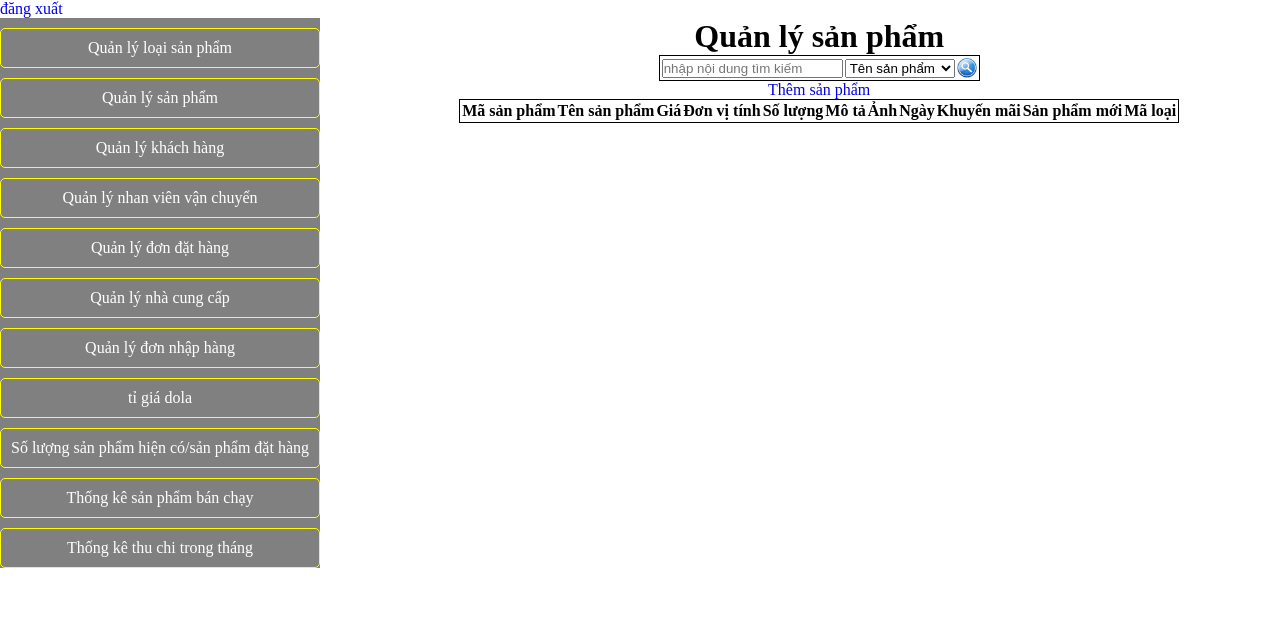
Repository: tranminhtam92/web
Page: http://localhost/demoview/Adminproduct?key=view
These files come from the project's save history. The page is drawn as it stood at one moment and after the next save; the edit follows.
The browser window is 1280 px wide. The pictures show the whole page.
The page is served by Tomcat 9. Other server files are loaded and not shown. Queries for data that is not in the repository find no rows.

Above is the page before, as saved 2016-12-27 07:08:33.

### Code/demoview/WebContent/admin/Manager_product.jsp
<%@ page language="java" contentType="text/html; charset=UTF-8"
    pageEncoding="UTF-8"%>
      <%@ taglib uri="http://java.sun.com/jsp/jstl/core" prefix="c"%>
          <%@ taglib prefix="fmt" uri="http://java.sun.com/jsp/jstl/fmt" %>
<!DOCTYPE html PUBLIC "-//W3C//DTD HTML 4.01 Transitional//EN" "http://www.w3.org/TR/html4/loose.dtd">
<html>
<head>
<meta http-equiv="Content-Type" content="text/html; charset=UTF-8">
<link href="${pageContext.request.contextPath}/admin/Adminstyle.css" rel="stylesheet" type="text/css">
<title>Quản lý sản phẩm</title>
</head>
<body>
<div class="wrapper">
<jsp:include page="headeradmin.jsp"></jsp:include>
<div class="content">
<div class="left">
<jsp:include page="menu.jsp"></jsp:include>
</div>
<div class="right">

<h1>Quản lý sản phẩm</h1>
<form action="${pageContext.request.contextPath}/Adminproduct" action="post">
<table>
<tr>
<td><input type="text" name="information" placeholder="nhập nội dung tìm kiếm"></td>
<td><select name="searchtype">
		<option value="productcode" >Mã sản phẩm</option>
		<option value="productname" selected="selected">Tên sản phẩm</option>
		<option value="producttype">Loại sản phẩm</option>
		</select>

</td>
<td><input type="image" src="${pageContext.request.contextPath}/hinhanh/find.png" alt="submit" name="key" value="search" width="20px" height="20px"></td>
</tr>
</table>
</form>
<div class="add"><a href="${pageContext.request.contextPath}/AdminForward_edit?key=add_product">Thêm sản phẩm</a>
</div>
<div class="table">
<table>
<tr>
<th> Mã sản phẩm</th>
<th> Tên sản phẩm</th>
<th> Giá</th>
<th> Đơn vị tính</th>
<th> Số lượng</th>
<th> Mô tả</th>
<th> Ảnh</th>
<th> Ngày</th>
<th> Khuyến mãi</th>
<th> Sản phẩm mới</th>
<th> Mã loại</th>
</tr>
<c:forEach items="${list_product}" var="product">
<tr>
<td>${product.masp}</td>
<td>${product.tensp}</td>
<td>${product.gia}</td>
<td>${product.donvitinh}</td>
<td>${product.soluong}</td>
<td>${product.mota}</td>
<td><img src="${pageContext.request.contextPath}/hinhanh/${product.anh}" class="imgsmall"></td>
<td> <fmt:formatDate pattern="dd/MM/yyyy"  value="${product.ngay}" /></td>
<td>${product.khuyenmai}</td>
<td>${product.sanphammoi}</td>
<td>${product.maloai}</td>
<td><a href="${pageContext.request.contextPath}/AdminForward_edit?key=edit_product&productcode=${product.masp}">sửa</a></td>
<td><a href="${pageContext.request.contextPath}/AdminProduct?key=delete&producttypecode=${product.masp}">xóa</a></td>
</tr>
</c:forEach>
</table>
</div>
</div>
</div>
</div>
</body>
</html>

### Code/demoview/WebContent/admin/headeradmin.jsp
<%@ page language="java" contentType="text/html; charset=UTF-8"
    pageEncoding="UTF-8"%>

         <%@ taglib uri="http://java.sun.com/jsp/jstl/core" prefix="c"%>
<!DOCTYPE html PUBLIC "-//W3C//DTD HTML 4.01 Transitional//EN" "http://www.w3.org/TR/html4/loose.dtd">
<html>
<head>
    <meta http-equiv="Content-Type" content="text/html; charset=UTF-8">
<title>Insert title here</title>
</head>
<body>
<div class="nav">
			<div id="menu">
				<ul>

				</ul>
			</div>
			<div id="account">


				<ul>
				<li>${sesionScope.name}
				<ul>
				<li><a href="#">đăng xuất</a>
				</ul>
				</li>


				</ul>


			</div>

		</div>
</body>
</html>

### Code/demoview/WebContent/admin/menu.jsp
<%@ page language="java" contentType="text/html; charset=UTF-8"
    pageEncoding="UTF-8"%>
      <%@ taglib uri="http://java.sun.com/jsp/jstl/core" prefix="c"%>
          <%@ taglib prefix="fmt" uri="http://java.sun.com/jsp/jstl/fmt" %>
<!DOCTYPE html PUBLIC "-//W3C//DTD HTML 4.01 Transitional//EN" "http://www.w3.org/TR/html4/loose.dtd">
<html>
<head>
<meta http-equiv="Content-Type" content="text/html; charset=UTF-8">
<link href="${pageContext.request.contextPath}/admin/Adminstyle.css" rel="stylesheet" type="text/css">
<title>Quản lý sản phẩm</title>
</head>
<body>
<ul>
<li><a href="${pageContext.request.contextPath}/AdminProducttype?key=view"> Quản lý loại sản phẩm</a>
<li><a href="${pageContext.request.contextPath}/Adminproduct?key=view"> Quản lý sản phẩm</a>
<li><a href="${pageContext.request.contextPath}/Admincustomer?key=view"> Quản lý khách hàng</a>
<li><a href="${pageContext.request.contextPath}/Adminemployee?key=view"> Quản lý nhan viên vận chuyển</a>
<li><a href="${pageContext.request.contextPath}/Adminorder?key=view"> Quản lý đơn đặt hàng</a>
<li><a href="${pageContext.request.contextPath}/Adminmanufactor?key=view"> Quản lý nhà cung cấp</a>
<li><a href="${pageContext.request.contextPath}/Adminimportproduct?key=view"> Quản lý đơn nhập hàng</a>
<li><a href="${pageContext.request.contextPath}/Tygiado?key=view"> tỉ giá dola</a>
<c:if test="${sessionScope.role!=null}">
<c:if test="${sessionScope.role=='quantri'}">
<li><a href="${pageContext.request.contextPath}/Adminnhanvienduyetdon?key=view"> Quản lý nhân viên</a>
</c:if>
</c:if>
<li><a href="${pageContext.request.contextPath}/Reportproduct"> Số lượng sản phẩm hiện có/sản phẩm đặt hàng</a>
<li><a href="${pageContext.request.contextPath}/Reportsellingproducts?key=view"> Thống kê sản phẩm bán chạy</a>
<li><a href="${pageContext.request.contextPath}/Report_revenues_and_expenditures"> Thống kê thu chi trong tháng</a>
</ul>
</body>

### Code/demoview/src/Admincontroller/Adminproduct.java
package Admincontroller;

import java.io.File;
import java.io.IOException;
import java.io.PrintWriter;
import java.util.ArrayList;

import javax.servlet.RequestDispatcher;
import javax.servlet.ServletException;
import javax.servlet.annotation.WebServlet;
import javax.servlet.http.HttpServlet;
import javax.servlet.http.HttpServletRequest;
import javax.servlet.http.HttpServletResponse;
import javax.servlet.http.HttpSession;

import org.apache.commons.fileupload.FileItem;
import org.apache.commons.fileupload.FileItemFactory;
import org.apache.commons.fileupload.FileUploadException;
import org.apache.commons.fileupload.disk.DiskFileItemFactory;
import org.apache.commons.fileupload.servlet.ServletFileUpload;

import ConnectDB.ConnectDB;
import Model.Sanpham;
import Model.SanphamDAO;

/**
 * Servlet implementation class Adminproduct
 */
@WebServlet(urlPatterns={"/Adminproduct"})
public class Adminproduct extends HttpServlet {
	private static final long serialVersionUID = 1L;

    /**
     * @see HttpServlet#HttpServlet()
     */
    public Adminproduct() {
        super();
        // TODO Auto-generated constructor stub
    }

	/**
	 * @see HttpServlet#doGet(HttpServletRequest request, HttpServletResponse response)
	 */
	protected void doGet(HttpServletRequest request, HttpServletResponse response) throws ServletException, IOException {
		// TODO Auto-generated method stub
		//response.getWriter().append("Served at: ").append(request.getContextPath());
		doPost(request, response);
	}

	/**
	 * @see HttpServlet#doPost(HttpServletRequest request, HttpServletResponse response)
	 */
	protected void doPost(HttpServletRequest request, HttpServletResponse response) throws ServletException, IOException {
		// TODO Auto-generated method stub
		 request.setCharacterEncoding("UTF-8");
		    response.setCharacterEncoding("UTF-8");
		    response.setContentType("text/html; charset=UTF-8");
		HttpSession session=request.getSession();
		String username=(String)session.getAttribute("adminusername");
		String password=(String)session.getAttribute("adminpassword");
		RequestDispatcher dispatcher;
		if(ConnectDB.getconnectDB(username, password)){
			ArrayList<Sanpham>listproduct=new ArrayList<>();
			SanphamDAO spDAO=new SanphamDAO();
			String key=request.getParameter("key");
			switch (key) {
			case "search":
				String information =request.getParameter("information");
				String searchtype=request.getParameter("searchtype");
				switch (searchtype) {
				case "productname":
					listproduct=spDAO.searchproduct(information);
					break;
				case "productcode":
					listproduct=spDAO.searchproductcode(information);
					break;
				case "producttype":
					listproduct=spDAO.searchproducttype(information);
					break;

				}
				request.setAttribute("list_product", listproduct);
				dispatcher = request.getServletContext()
		                 .getRequestDispatcher("/admin/Manager_product.jsp");
		         dispatcher.forward(request, response);
				break;

			default:
				listproduct=spDAO.searchproduct("");
				request.setAttribute("list_product", listproduct);
				dispatcher = request.getServletContext()
		                 .getRequestDispatcher("/admin/Manager_product.jsp");
		         dispatcher.forward(request, response);
				break;
			}
		}

	}

}

### Code/demoview/src/ConnectDB/ConnectDB.java
/**
 *
 */
/**
 * @author tao
 *
 */
package ConnectDB;

import java.sql.Connection;
import java.sql.DriverManager;
import java.sql.ResultSet;
import java.sql.SQLException;

public class ConnectDB{

	public static Connection connection;
	public static Connection getconnectDB(){
		try {
			Class.forName("com.microsoft.sqlserver.jdbc.SQLServerDriver");
		} catch (ClassNotFoundException e) {
			// TODO Auto-generated catch block
			System.out.println("loiconnect succesful");
			e.printStackTrace();
		}

		// Hoặc
		String url = "jdbc:sqlserver://localhost:1433;databaseName=haisan;user=sa;password=vothitam";
		String user = "sa";
		String pass = "vothitam";
		try {
			Connection connection = DriverManager.getConnection(url);
			return connection;
		} catch (SQLException e) {
			// TODO Auto-generated catch block
			e.printStackTrace();
			return null;
		}
	}
	public static boolean getconnectDB(String username,String password){
		try {
			Class.forName("com.microsoft.sqlserver.jdbc.SQLServerDriver");
		} catch (ClassNotFoundException e) {
			// TODO Auto-generated catch block
			System.out.println("loiconnect succesful");
			e.printStackTrace();
		}

		// Hoặc
		String url = "jdbc:sqlserver://localhost:1433;databaseName=haisan;user="+username+";password="+password;
		try {
			connection = DriverManager.getConnection(url);
			return true;
		} catch (SQLException e) {
			// TODO Auto-generated catch block
			return false;
		}
	}
}

### Code/demoview/src/Model/SanphamDAO.java
package Model;

import java.sql.Connection;
import java.sql.PreparedStatement;
import java.sql.ResultSet;
import java.sql.SQLException;
import java.text.SimpleDateFormat;
import java.util.ArrayList;
import java.util.Date;

import ConnectDB.ConnectDB;

public class SanphamDAO {
	String strDateFormat = "dd/MM/yyyy";

	SimpleDateFormat simpleDateFormat = new SimpleDateFormat(strDateFormat);

	public ArrayList<Sanpham> get4sanphamtheoloai(String maloai) {
		ArrayList<Sanpham> listsp = new ArrayList<>();
		Connection cn = ConnectDB.getconnectDB();
		String sql = "select top 4 * from sanpham where maloai='" + maloai + "' order by ngay desc";
		try {
			PreparedStatement stm = cn.prepareCall(sql);
			ResultSet rs = stm.executeQuery();
			while (rs.next()) {
				Sanpham sp = new Sanpham();
				sp.setMasp(rs.getString("masp"));
				sp.setTensp(rs.getString("tensp"));
				sp.setGia(rs.getInt("gia"));
				sp.setDonvitinh(rs.getString("donvitinh"));
				sp.setSoluong(rs.getInt("soluong"));
				sp.setMota(rs.getString("mota"));
				sp.setAnh(rs.getString("anh"));
				sp.setNgay(rs.getDate("ngay"));
				sp.setMaloai(rs.getString("maloai"));
				sp.setKhuyenmai(rs.getInt("khuyenmai"));
				sp.setSanphammoi(rs.getBoolean("sanphammoi"));
				listsp.add(sp);
			}
		} catch (SQLException e) {
			// TODO Auto-generated catch block
			e.printStackTrace();
		}
		try {
			cn.close();
		} catch (SQLException e) {
			// TODO Auto-generated catch block
			e.printStackTrace();
		}
		return listsp;
	}
	public ArrayList<Sanpham> get4sanphambanchay() {
		ArrayList<Sanpham> listsp = new ArrayList<>();
		Connection cn = ConnectDB.getconnectDB();
		String sql = "execute sanphambanchay";
		try {
			PreparedStatement stm = cn.prepareCall(sql);
			ResultSet rs = stm.executeQuery();
			while (rs.next()) {
				Sanpham sp = new Sanpham();
				sp.setMasp(rs.getString("masp"));
				sp.setTensp(rs.getString("tensp"));
				sp.setGia(rs.getInt("gia"));
				sp.setDonvitinh(rs.getString("donvitinh"));
				sp.setSoluong(rs.getInt("soluong"));
				sp.setMota(rs.getString("mota"));
				sp.setAnh(rs.getString("anh"));
				sp.setNgay(rs.getDate("ngay"));
				sp.setMaloai(rs.getString("maloai"));
				sp.setKhuyenmai(rs.getInt("khuyenmai"));
				sp.setSanphammoi(rs.getBoolean("sanphammoi"));
				listsp.add(sp);
			}
		} catch (SQLException e) {
			// TODO Auto-generated catch block
			e.printStackTrace();
		}
		try {
			cn.close();
		} catch (SQLException e) {
			// TODO Auto-generated catch block
			e.printStackTrace();
		}
		return listsp;
	}
	public ArrayList<Sanpham> getsanphambanchaytheothang(String ngay) {
		ArrayList<Sanpham> listsp = new ArrayList<>();
		Connection cn = ConnectDB.getconnectDB();
		String sql = "execute sanphambanchaytheothang ?";
		try {
			PreparedStatement stm = cn.prepareCall(sql);
			stm.setString(1, ngay);
			ResultSet rs = stm.executeQuery();
			while (rs.next()) {
				Sanpham sp = new Sanpham();
				sp.setMasp(rs.getString("masp"));
				sp.setTensp(rs.getString("tensp"));
				sp.setGia(rs.getInt("gia"));
				sp.setDonvitinh(rs.getString("donvitinh"));
				sp.setSoluong(rs.getInt("sumsoluong"));
				sp.setMota(rs.getString("mota"));
				sp.setAnh(rs.getString("anh"));
				sp.setNgay(rs.getDate("ngay"));
				sp.setMaloai(rs.getString("maloai"));
				sp.setKhuyenmai(rs.getInt("khuyenmai"));
				sp.setSanphammoi(rs.getBoolean("sanphammoi"));
				listsp.add(sp);
			}
		} catch (SQLException e) {
			// TODO Auto-generated catch block
			e.printStackTrace();
		}
		try {
			cn.close();
		} catch (SQLException e) {
			// TODO Auto-generated catch block
			e.printStackTrace();
		}
		return listsp;
	}
	public ArrayList<Sanpham> getsanphamtheoloai(String maloai) {
		ArrayList<Sanpham> listsp = new ArrayList<>();
		Connection cn = ConnectDB.getconnectDB();
		String sql = "select * from sanpham where maloai='" + maloai + "' order by ngay desc";
		try {
			PreparedStatement stm = cn.prepareCall(sql);
			ResultSet rs = stm.executeQuery();
			while (rs.next()) {
				Sanpham sp = new Sanpham();
				sp.setMasp(rs.getString("masp"));
				sp.setTensp(rs.getString("tensp"));
				sp.setGia(rs.getInt("gia"));
				sp.setDonvitinh(rs.getString("donvitinh"));
				sp.setSoluong(rs.getInt("soluong"));
				sp.setMota(rs.getString("mota"));
				sp.setAnh(rs.getString("anh"));
				sp.setNgay(rs.getDate("ngay"));
				sp.setMaloai(rs.getString("maloai"));
				sp.setKhuyenmai(rs.getInt("khuyenmai"));
				sp.setSanphammoi(rs.getBoolean("sanphammoi"));
				listsp.add(sp);
			}
		} catch (SQLException e) {
			// TODO Auto-generated catch block
			e.printStackTrace();
		}
		try {
			cn.close();
		} catch (SQLException e) {
			// TODO Auto-generated catch block
			e.printStackTrace();
		}
		return listsp;
	}

	public Sanpham getsanpham(String masp) {
		Sanpham sp = new Sanpham();
		Connection cn = ConnectDB.getconnectDB();
		String sql = "select * from sanpham where masp='" + masp + "'";
		try {
			PreparedStatement stm = cn.prepareCall(sql);
			ResultSet rs = stm.executeQuery();
			while (rs.next()) {

				sp.setMasp(rs.getString("masp"));
				sp.setTensp(rs.getString("tensp"));
				sp.setGia(rs.getInt("gia"));
				sp.setDonvitinh(rs.getString("donvitinh"));
				sp.setSoluong(rs.getInt("soluong"));
				sp.setMota(rs.getString("mota"));
				sp.setAnh(rs.getString("anh"));
				sp.setNgay(rs.getDate("ngay"));
				sp.setMaloai(rs.getString("maloai"));
				sp.setKhuyenmai(rs.getInt("khuyenmai"));
				sp.setSanphammoi(rs.getBoolean("sanphammoi"));
				return sp;
			}
		} catch (SQLException e) {
			// TODO Auto-generated catch block
			e.printStackTrace();
		}
		try {
			cn.close();
		} catch (SQLException e) {
			// TODO Auto-generated catch block
			e.printStackTrace();
		}
		return sp;
	}

	public ArrayList<Sanpham> searchproduct(String productname) {
		ArrayList<Sanpham> listsp = new ArrayList<>();
		Connection cn = ConnectDB.getconnectDB();
		String sql = "select * from sanpham where tensp like N'%" + productname + "%' order by ngay desc";
		try {
			PreparedStatement stm = cn.prepareStatement(sql);

			ResultSet rs = stm.executeQuery();
			while (rs.next()) {
				Sanpham sp = new Sanpham();
				sp.setMasp(rs.getString("masp"));
				sp.setTensp(rs.getString("tensp"));
				sp.setGia(rs.getInt("gia"));
				sp.setDonvitinh(rs.getString("donvitinh"));
				sp.setSoluong(rs.getInt("soluong"));
				sp.setMota(rs.getString("mota"));
				sp.setAnh(rs.getString("anh"));
				sp.setNgay(rs.getDate("ngay"));
				sp.setMaloai(rs.getString("maloai"));
				sp.setKhuyenmai(rs.getInt("khuyenmai"));
				sp.setSanphammoi(rs.getBoolean("sanphammoi"));
				listsp.add(sp);
			}
		} catch (SQLException e) {
			// TODO Auto-generated catch block
			e.printStackTrace();
		}
		try {
			cn.close();
		} catch (SQLException e) {
			// TODO Auto-generated catch block
			e.printStackTrace();
		}
		return listsp;
	}
	public ArrayList<Sanpham> searchproductcode(String productcode) {
		ArrayList<Sanpham> listsp = new ArrayList<>();
		Connection cn = ConnectDB.getconnectDB();
		String sql = "select * from sanpham where masp like N'%" + productcode + "%' order by ngay desc";
		try {
			PreparedStatement stm = cn.prepareStatement(sql);

			ResultSet rs = stm.executeQuery();
			while (rs.next()) {
				Sanpham sp = new Sanpham();
				sp.setMasp(rs.getString("masp"));
				sp.setTensp(rs.getString("tensp"));
				sp.setGia(rs.getInt("gia"));
				sp.setDonvitinh(rs.getString("donvitinh"));
				sp.setSoluong(rs.getInt("soluong"));
				sp.setMota(rs.getString("mota"));
				sp.setAnh(rs.getString("anh"));
				sp.setNgay(rs.getDate("ngay"));
				sp.setMaloai(rs.getString("maloai"));
				sp.setKhuyenmai(rs.getInt("khuyenmai"));
				sp.setSanphammoi(rs.getBoolean("sanphammoi"));
				listsp.add(sp);
			}
		} catch (SQLException e) {
			// TODO Auto-generated catch block
			e.printStackTrace();
		}
		try {
			cn.close();
		} catch (SQLException e) {
			// TODO Auto-generated catch block
			e.printStackTrace();
		}
		return listsp;
	}
	public ArrayList<Sanpham> searchproducttype(String producttype) {
		ArrayList<Sanpham> listsp = new ArrayList<>();
		Connection cn = ConnectDB.getconnectDB();
		String sql = "select * from sanpham where maloai like N'%" + producttype + "%' order by ngay desc";
		try {
			PreparedStatement stm = cn.prepareStatement(sql);

			ResultSet rs = stm.executeQuery();
			while (rs.next()) {
				Sanpham sp = new Sanpham();
				sp.setMasp(rs.getString("masp"));
				sp.setTensp(rs.getString("tensp"));
				sp.setGia(rs.getInt("gia"));
				sp.setDonvitinh(rs.getString("donvitinh"));
				sp.setSoluong(rs.getInt("soluong"));
				sp.setMota(rs.getString("mota"));
				sp.setAnh(rs.getString("anh"));
				sp.setNgay(rs.getDate("ngay"));
				sp.setMaloai(rs.getString("maloai"));
				sp.setKhuyenmai(rs.getInt("khuyenmai"));
				sp.setSanphammoi(rs.getBoolean("sanphammoi"));
				listsp.add(sp);
			}
		} catch (SQLException e) {
			// TODO Auto-generated catch block
			e.printStackTrace();
		}
		try {
			cn.close();
		} catch (SQLException e) {
			// TODO Auto-generated catch block
			e.printStackTrace();
		}
		return listsp;
	}
	public void updatesanpham(String masp,String tensp,int gia,String donvitinh,int soluong,String mota,String anh,
			String ngay,String maloai,int khuyenmai,boolean sanphammoi){
		Connection cn=ConnectDB.getconnectDB();
		String sql="update sanpham set tensp=?,gia=?,donvitinh=?,soluong=?,mota=?,sanphammoi=?,ngay=?,maloai=?,khuyenmai=?,anh=? where masp=?";
		try {
			PreparedStatement stm=cn.prepareStatement(sql);
			stm.setString(1, tensp);
			stm.setInt(2, gia);
			stm.setString(3, donvitinh);
			stm.setInt(4, soluong);
			stm.setString(5, mota);
			stm.setBoolean(6, sanphammoi);
			stm.setString(7, ngay);
			stm.setString(8, maloai);
			stm.setInt(9, khuyenmai);
			stm.setString(10, anh);
			stm.setString(11, masp);
			int a=stm.executeUpdate();
		} catch (SQLException e) {
			// TODO Auto-generated catch block
			e.printStackTrace();
		}
	}

	public void updatesanpham(String masp,String tensp,int gia,String donvitinh,int soluong,String mota,
			String ngay,String maloai,int khuyenmai,boolean sanphammoi){
		Connection cn=ConnectDB.getconnectDB();
		String sql="update sanpham set tensp=?, gia=?, donvitinh=?, soluong=?, mota=?, sanphammoi=?, ngay=?, maloai=?, khuyenmai=? where masp=?";
		try {
			PreparedStatement stm=cn.prepareStatement(sql);
			stm.setString(1, tensp);
			stm.setInt(2, gia);
			stm.setString(3, donvitinh);
			stm.setInt(4, soluong);
			stm.setString(5, mota);
			stm.setBoolean(6, sanphammoi);
			stm.setString(7, ngay);
			stm.setString(8, maloai);
			stm.setInt(9, khuyenmai);
			stm.setString(10, masp);
			int a=stm.executeUpdate();
		} catch (SQLException e) {
			// TODO Auto-generated catch block
			e.printStackTrace();
		}
	}
	public void updatesoluongsanpham(String masp,int soluong){
		Connection cn=ConnectDB.getconnectDB();
		String sql="update sanpham set soluong=soluong+?, ngay=getdate() where masp=?";
		try {
			PreparedStatement stm=cn.prepareStatement(sql);
			stm.setInt(1, soluong);
			stm.setString(2, masp);
			int a=stm.executeUpdate();
		} catch (SQLException e) {
			// TODO Auto-generated catch block
			e.printStackTrace();
		}
	}
	public void updatesoluongsanpham(int maddh){
		Connection cn=ConnectDB.getconnectDB();
		String sql="execute soluongtruvanchuyen ?";
		try {
			PreparedStatement stm=cn.prepareCall(sql);
			stm.setInt(1, maddh);

			int a=stm.executeUpdate();
		} catch (SQLException e) {
			// TODO Auto-generated catch block
			e.printStackTrace();
		}
	}
	public void updatethanhtoanfalse(int maddh){
		Connection cn=ConnectDB.getconnectDB();
		String sql="execute soluongcongvanchuyen ?";
		try {
			PreparedStatement stm=cn.prepareCall(sql);
			stm.setInt(1, maddh);

			int a=stm.executeUpdate();
		} catch (SQLException e) {
			// TODO Auto-generated catch block
			e.printStackTrace();
		}
	}
	public void insertsanpham(String masp,String tensp,int gia,String donvitinh,String anh,int soluong,String mota,
			String ngay,String maloai,int khuyenmai,boolean sanphammoi){
		Connection cn=ConnectDB.getconnectDB();
		String sql="insert into sanpham values(?,?,?,?,?,?,?,?,?,?,?)";
		try {
			PreparedStatement stm=cn.prepareStatement(sql);
			stm.setString(1, masp);
			stm.setString(2, tensp);
			stm.setInt(3, gia);
			stm.setString(4, donvitinh);
			stm.setInt(5, soluong);
			stm.setString(6, mota);
			stm.setString(7, anh);
			stm.setString(8, ngay);
			stm.setString(9, maloai);
			stm.setInt(10, khuyenmai);

			stm.setBoolean(11, sanphammoi);

			int a=stm.executeUpdate();
		} catch (SQLException e) {
			// TODO Auto-generated catch block
			e.printStackTrace();
		}
	}
	public static void main(String[] arg) {
		SanphamDAO spdao = new SanphamDAO();
		// ArrayList<Sanpham> listsp=spdao.get4sanphamtheoloai("ca");
		ArrayList<Sanpham> listsp = spdao.searchproduct("cá");
		for (int i = 0; i < listsp.size(); i++) {
			Sanpham sp = new Sanpham();
			sp = listsp.get(i);

			System.out.println(sp.getNgay());

		}
	}
}

### Code/demoview/WebContent/admin/Adminstyle.css
@CHARSET "ISO-8859-1";
*{
    margin: 0;
    padding: 0;
    text-decoration: none;
}
div{
	display: block;
}

td{
	text-align: center;
}
ul li{
		text-decoration: none;
	list-style-type: none;
}
a{

		text-decoration: none;
	list-style-type: none;
}
.wrapper{
	width: 100%;
	height:auto;
}
.header{
	width: 100%;
	height: 50px;
	background-color: black;
	color: white;
}
.content{
		width: 100%;
	height:auto;

}
.content .left{
	width: 25%;
	height: auto;
	float:left;

	background-color: gray;
}
.content .left ul{
	margin-top: auto;
	margin-bottom: auto;
}
.content .left ul li a{
	color: white;

}
.content .left ul li a:hover{
	color: yellow;

}
.content .left ul li {
	color:blue;
		border: 1px solid yellow;
		text-align: center;
		margin-top: 10px;
		padding:10px 0 10px 0;
    -moz-border-radius: 5px;
    -webkit-border-radius: 5px;
    -ms-border-radius: 5px;
    -o-border-radius: 5px;
    border-radius: 5px;
}

.content .right{
	text-align:center;
	width: 72%;
	height: 500px;
	float:right;

}
.content .right table{

	margin-left:auto;
	margin-right:auto;
	border: 1px solid black;
}
.content .right table tr{


	margin-top: 8px;
}
.content .right table tr th{

	margin-left: 8px;
}
.imgsmall{
	width: 20%;
	height: 20%;
}
.amountold{
	color:black;
	padding-top:5%;
	font-size: 15px;
	text-decoration: line-through;
}

After the next save:
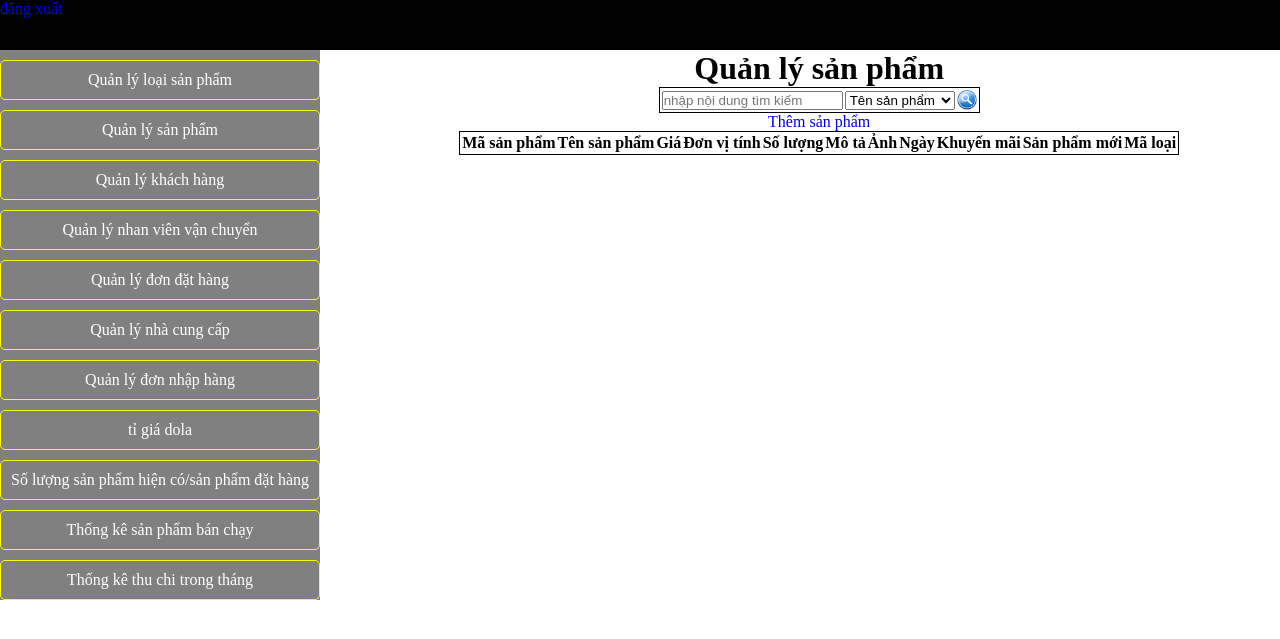
Saved 33 s later.
--- a/Code/demoview/WebContent/admin/headeradmin.jsp
+++ b/Code/demoview/WebContent/admin/headeradmin.jsp
@@ -9,7 +9,7 @@
 <title>Insert title here</title>
 </head>
 <body>
-<div class="nav">
+<div class="header">
 			<div id="menu">
 				<ul>
 
